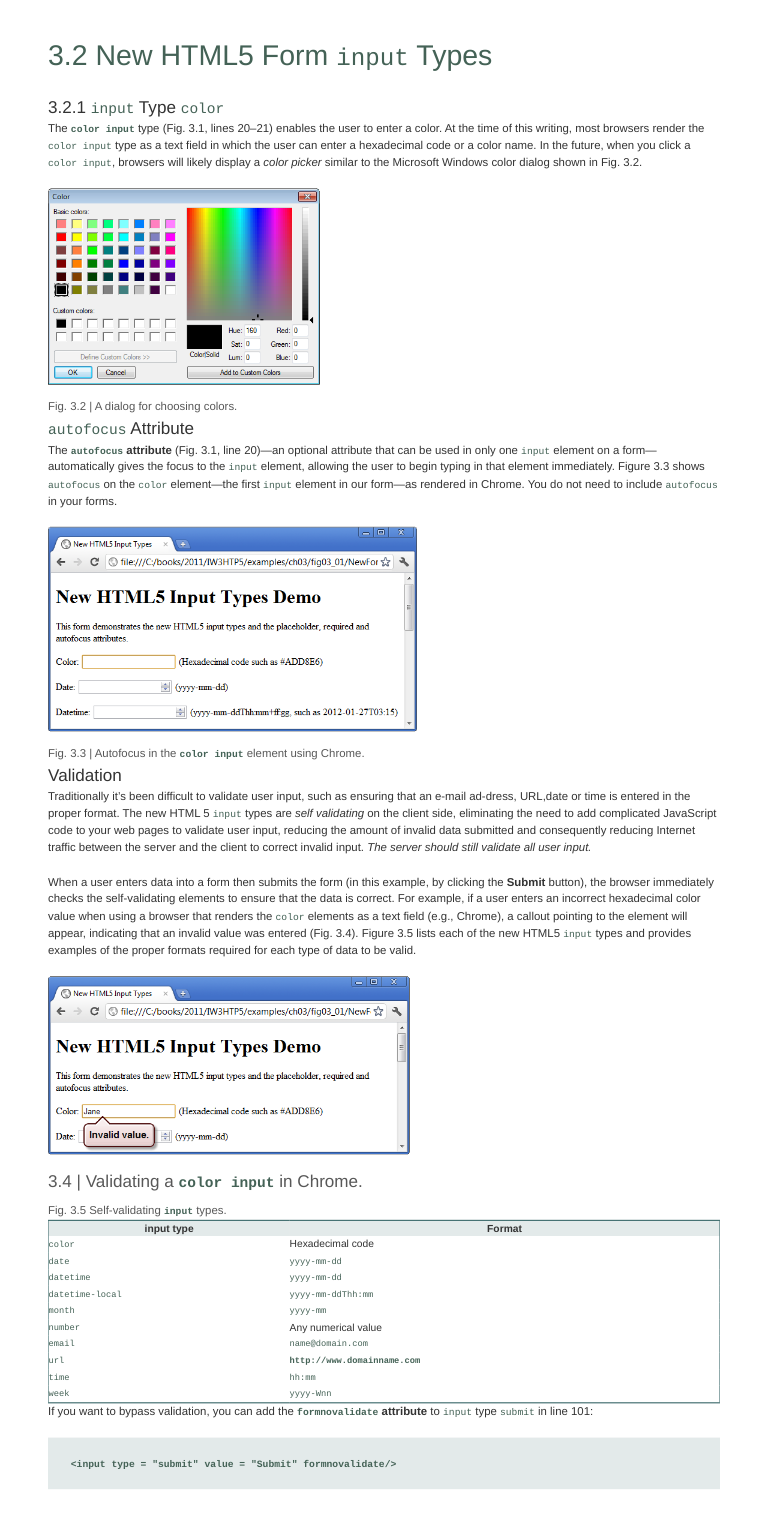
Repository: mlmEFSC21/P4-Textbook-Copy
Page: index.html
An editor plug-in stored every save of this project. The page is shown before and after the next save, followed by the edit.
The browser window is 1280 px wide. The pictures show the whole page, at 60% of full size.

Above is the page before, as saved 2022-02-03 18:52:38.

### index.html
<!DOCTYPE html>
<html lang="en">
    <head>
        <meta charset="UTF-8" />
        <meta http-equiv="X-UA-Compatible" content="IE=edge" />
        <meta name="viewport" content="width=device-width, initial-scale=1.0" />
        <link rel="stylesheet" href="bookStyles.css" />
        <title>Laying Out Book Pages</title>
    </head>
    <header>
        <h1>
            3.2 New HTML5 Form <code><span class="header1">input</span></code> Types
        </h1>
    </header>
    <body>
        <section class="color-input-type">
            <header>
                <h2>3.2.1 <code>input</code> Type <code>color</code></h2>
            </header>
            <p>
                The <code><span class="code-heavy">color input</span></code> type (Fig. 3.1, lines
                20–21) enables the user to enter a color. At the time of this writing, most browsers
                render the <code>color input</code> type as a text field in which the user can enter
                a hexadecimal code or a color name. In the future, when you click a
                <code>color input</code>, browsers will likely display a
                <em>color picker</em> similar to the Microsoft Windows color dialog shown in Fig.
                3.2.
            </p>
            <figure>
                <img src="images\OperaColorInput.png" alt="Microsoft Windows color dialog" />
                <figcaption>Fig. 3.2 | A dialog for choosing colors.</figcaption>
            </figure>
        </section>
        <section class="autofocus-attribute">
            <header>
                <h2><code>autofocus</code> Attribute</h2>
            </header>
            <p>
                The <code><span class="code-heavy">autofocus</span></code>
                <strong>attribute</strong> (Fig. 3.1, line 20)—an optional attribute that can be
                used in only one <code>input</code> element on a form—automatically gives the focus
                to the <code>input</code> element, allowing the user to begin typing in that element
                immediately. Figure 3.3 shows <code>autofocus</code> on the
                <code>color</code> element—the first <code>input</code> element in our form—as
                rendered in Chrome. You do not need to include <code>autofocus</code> in your forms.
            </p>
            <figure>
                <img
                    src="images\Autofocus.png"
                    alt="web page demo of autofocus on a color input field"
                />
                <figcaption>
                    Fig. 3.3 | Autofocus in the
                    <code><span class="code-heavy">color input</span></code> element using Chrome.
                </figcaption>
            </figure>
        </section>
        <section class="input-validation">
            <header>
                <h2>Validation</h2>
            </header>
            <p>
                Traditionally it’s been difficult to validate user input, such as ensuring that an
                e-mail ad-dress, URL,date or time is entered in the proper format. The new HTML 5
                <code>input</code> types are <em>self validating</em> on the client side,
                eliminating the need to add complicated JavaScript code to your web pages to
                validate user input, reducing the amount of invalid data submitted and consequently
                reducing Internet traffic between the server and the client to correct invalid
                input. <em>The server should still validate all user input.</em>
            </p>
            <p>
                When a user enters data into a form then submits the form (in this example, by
                clicking the <strong>Submit</strong> button), the browser immediately checks the
                self-validating elements to ensure that the data is correct. For example, if a user
                enters an incorrect hexadecimal color value when using a browser that renders the
                <code>color</code> elements as a text field (e.g., Chrome), a callout pointing to
                the element will appear, indicating that an invalid value was entered (Fig. 3.4).
                Figure 3.5 lists each of the new HTML5 <code>input</code> types and provides
                examples of the proper formats required for each type of data to be valid.
            </p>
            <figure>
                <img
                    src="images\SelfValidationChrome.png"
                    alt="web page demo of validation preventing a non color input into a color input field"
                />
                <figcaption>
                    <header>
                        <h2 class="fig-cap">
                            3.4 | Validating a
                            <code><span class="code-heavy">color input</span></code> in Chrome.
                        </h1>
                    </header>
                </figcaption>
            </figure>
        </section>
        <section class="self-validating-types">
            <figure>
                <figcaption>
                    Fig. 3.5 Self-validating
                    <code><span class="code-heavy">input</span></code> types.
                </figcaption>
                <table class="validation-table">
                    <thead>
                        <th>input type</th>
                        <th>Format</th>
                    </thead>
                    <tr>
                        <td><code>color</code></td>
                        <td>Hexadecimal code</td>
                    </tr>
                    <tr>
                        <td><code>date</code></td>
                        <td><code>yyyy-mm-dd</code></td>
                    </tr>
                    <tr>
                        <td><code>datetime</code></td>
                        <td><code>yyyy-mm-dd</code></td>
                    </tr>
                    <tr>
                        <td><code>datetime-local</code></td>
                        <td><code>yyyy-mm-ddThh:mm</code></td>
                    </tr>
                    <tr>
                        <td><code>month</code></td>
                        <td><code>yyyy-mm</code></td>
                    </tr>
                    <tr>
                        <td><code>number</code></td>
                        <td>Any numerical value</td>
                    </tr>
                    <tr>
                        <td><code>email</code></td>
                        <td><code>name@domain.com</code></td>
                    </tr>
                    <tr>
                        <td><code>url</code></td>
                        <td>
                            <a href="http://www.domainname.com"
                                ><code>http://www.domainname.com</code></a
                            >
                        </td>
                    </tr>
                    <tr>
                        <td><code>time</code></td>
                        <td><code>hh:mm</code></td>
                    </tr>
                    <tr>
                        <td><code>week</code></td>
                        <td><code>yyyy-Wnn</code></td>
                    </tr>
                </table>
            </figure>
            <aside>
                <p>
                    If you want to bypass validation, you can add the
                    <code><span class="code-heavy">formnovalidate</span></code>
                    <strong>attribute</strong> to <code>input</code> type <code>submit</code> in
                    line 101:
                </p>
                <div class="form-no-val">
                    <span class="code-heavy"
                        ><code
                            >&lt;input type = "submit" value = "Submit" formnovalidate/&gt;</code
                        ></span
                    >
                </div>
            </aside>
        </section>
    </body>
</html>

### bookStyles.css
:root {
    --clr-prime: #;
    --clr-font-prime: #333;
    --clr-font-code: #446256;
    --clr-font-links: #275b8a;
    --clr-font-fig-figcap: #585858;
    --clr-background: white;
    --clr-background-accent: rgba(70, 114, 115, 0.15);
}
*,
*::before,
*::after {
    margin: 0;
    padding: 0;
    box-sizing: border-box;
}
html {
    font-size: 19px;
    font-family: sans-serif;
}
body {
    font-family: "Helvetica Neue", Helvetica, Arial, "Lucida Grande", sans-serif;
    margin: 57px 0;
    padding: 0 80px;
    padding: auto;
    line-height: 1.5;
    background-color: var(--clr-background);
    color: var(--clr-font-prime);
}
h1 {
    font-size: 2.5em;
    margin-top: 1.15em;
    margin-bottom: 0.6em;
    font-style: normal;
    font-weight: 300;
    line-height: 1.5;
}
h2 {
    font-weight: 400;
}
h1,
code {
    color: var(--clr-font-code);
}
figure figcaption {
    margin-top: 0.75em;
    color: var(--clr-font-fig-figcap);
    font-weight: 300;
}
figure header h1 {
    margin-bottom: 0;
    font-size: 1em;
    color: var(--clr-font-fig-figcap)
    font-weight: 700;
}
code {
    font-family: Courier, "Courier New", monospace;
    font-size: 0.85em;
}
.code-heavy {
    font-weight: 900;
}
p {
    margin-bottom: 1.5em;
}
table {
    width: 100%;
    border-style: solid;
    border-width: 2px 1px 2px;
    border-color: #467273;
    border-radius: 0;
    font-size: .9em;
    line-height: 1.5em;
    border-collapse: collapse;
}
tr {
    display: table-row;
}
div {
    padding: 1.5em 0 1.5em 2em;
}
th,
div {
    background-color: var(--clr-background-accent);
}
a {
    color: var(--clr-font-links);
    text-decoration: none;
    font-weight: 700;
    cursor: pointer;
}

After the next save:
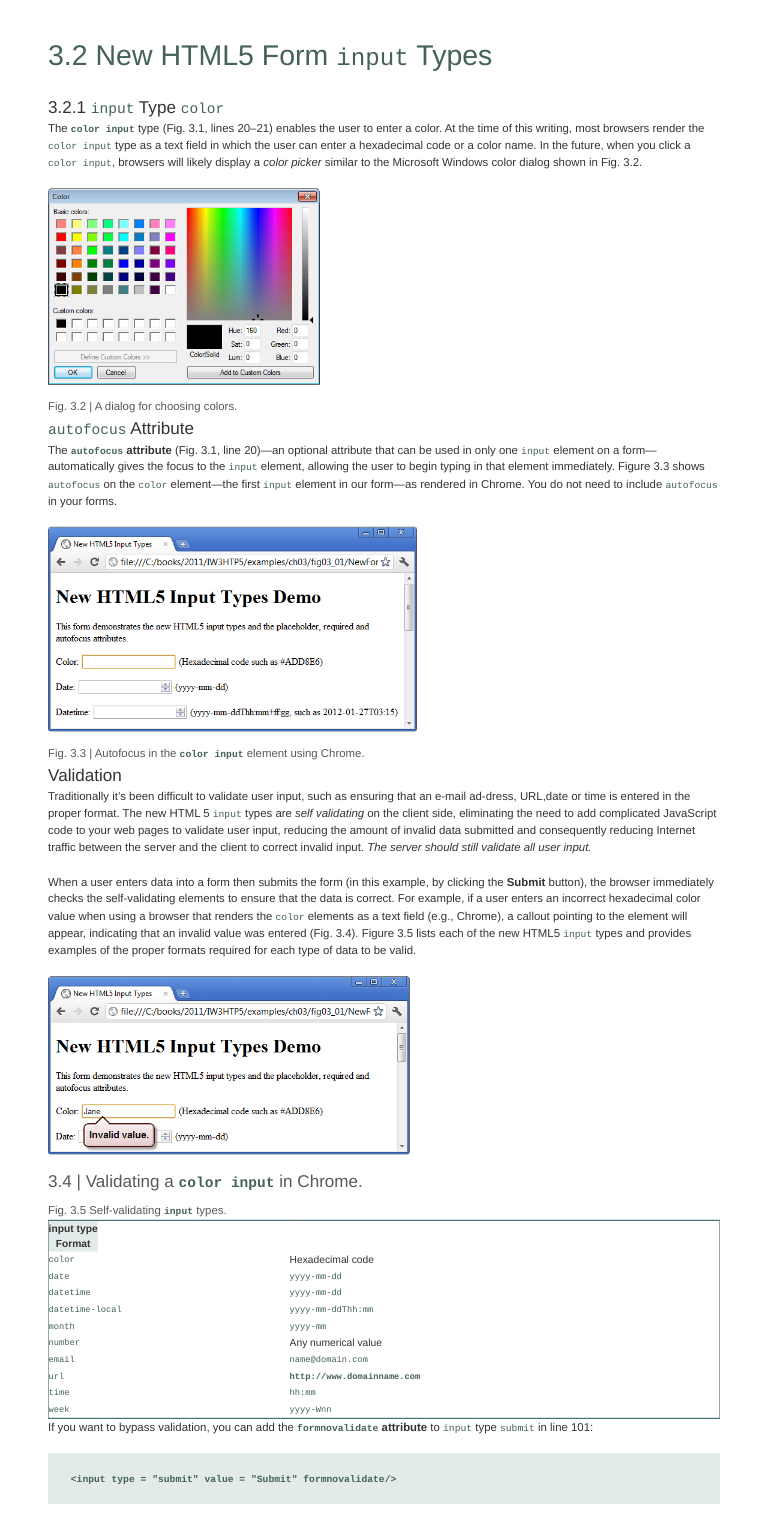
Saved 44 s later.
--- a/bookStyles.css
+++ b/bookStyles.css
@@ -73,6 +73,9 @@ table {
     line-height: 1.5em;
     border-collapse: collapse;
 }
+th {
+    display: table-header-group;
+}
 tr {
     display: table-row;
 }
